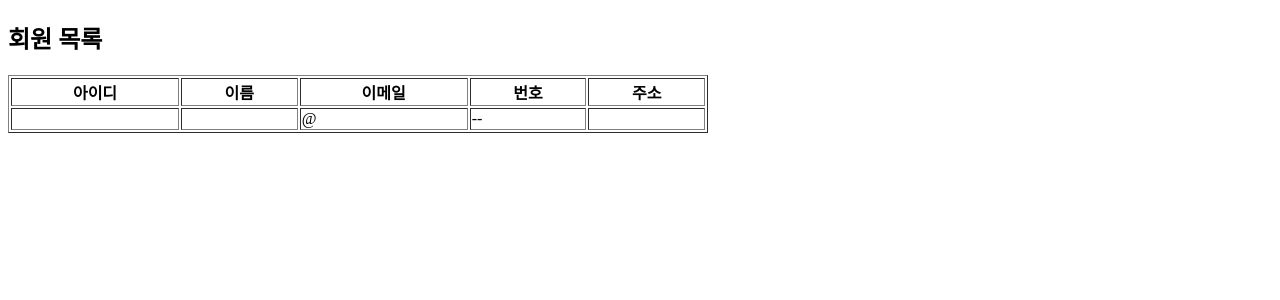
Repository: keepsus/gaebokchi
Page: http://localhost/uzuslime/member/memberList.jsp
An editor plug-in stored every save of this project. The page is shown before and after the next save, followed by the edit.
The browser window is 1280 px wide. The pictures show the whole page.
The page is served by Tomcat 9. Nobody is signed in. The application's start-up code is not run. Other server files are loaded and not shown.

Above is the page before, as saved 2021-02-04 09:19:09.

### uzuslime/src/main/webapp/member/memberList.jsp
<%@ page language="java" contentType="text/html; charset=UTF-8"
    pageEncoding="UTF-8"%>
<%@ taglib prefix="c" uri="http://java.sun.com/jsp/jstl/core" %>

<!DOCTYPE html>
<html>
<head>
<meta charset="UTF-8">
<title>회원 목록</title>
</head>
<body>
	<h2>회원 목록</h2>
	<table border="1" width="700px">
		<tr>
			<th>아이디</th>
			<th>이름</th>
			<th>이메일</th>
			<th>번호</th>
			<th>주소</th>
		</tr>
		<tr>
			<td>${memberDTO.member_id }</td>
			<td>${memberDTO.member_name }</td>
			<td>${memberDTO.email1 }@${memberDTO.email2 } </td>
			<td>${memberDTO.tel1 }-${memberDTO.tel2 }-${memberDTO.tel3 }</td>
			<td>${memberDTO.addr1} ${memberDTO.addr2 }</td>
		</tr>
	</table>
</body>
</html>

After the next save:
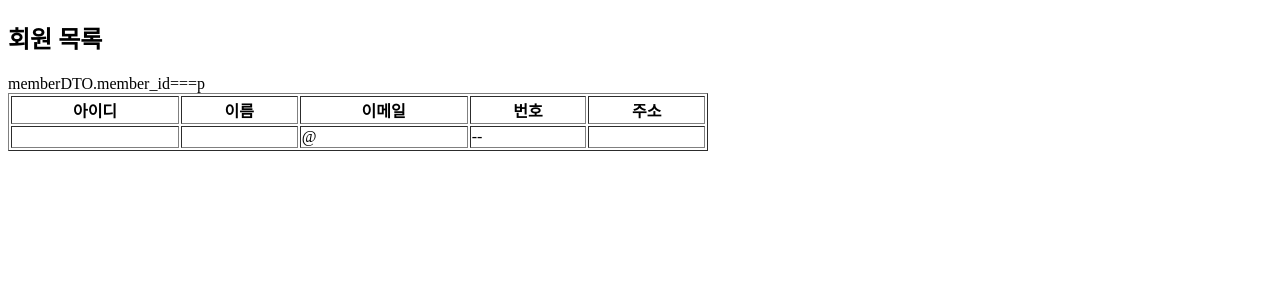
Saved 5 min 49 s later.
--- a/uzuslime/src/main/webapp/member/memberList.jsp
+++ b/uzuslime/src/main/webapp/member/memberList.jsp
@@ -19,6 +19,7 @@
 			<th>주소</th>
 		</tr>
 		<tr>
+			memberDTO.member_id===p
 			<td>${memberDTO.member_id }</td>
 			<td>${memberDTO.member_name }</td>
 			<td>${memberDTO.email1 }@${memberDTO.email2 } </td>
